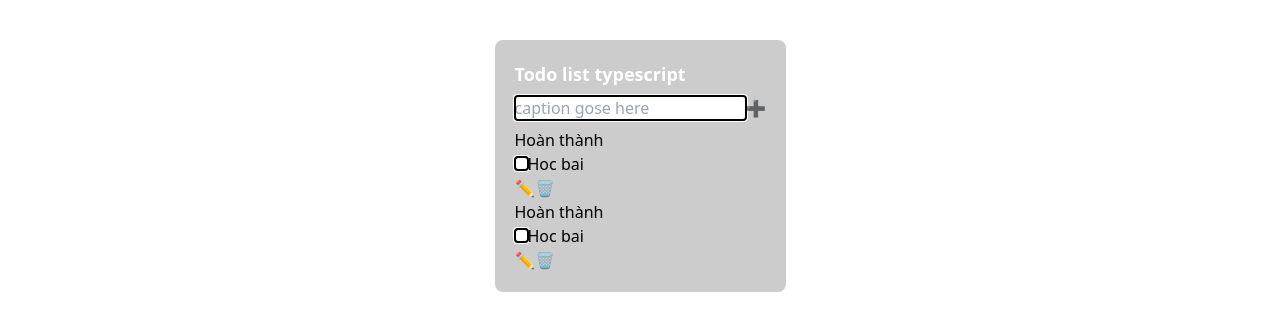
Repository: VIET-TU/react-super-main
Page: / (app in todolist-mybuild/)
These files come from the project's save history. The page is drawn as it stood at one moment and after the next save; the edit follows.
The browser window is 1280 px wide. The pictures show the whole page.
The project was rebuilt for these pictures with package versions that can differ from the ones it lists, and the page was loaded fresh each time. Also part of the build but not shown: todolist-mybuild/vite.config.ts.

Above is the page before, as saved 2023-05-16 06:49:48.

After the next save:
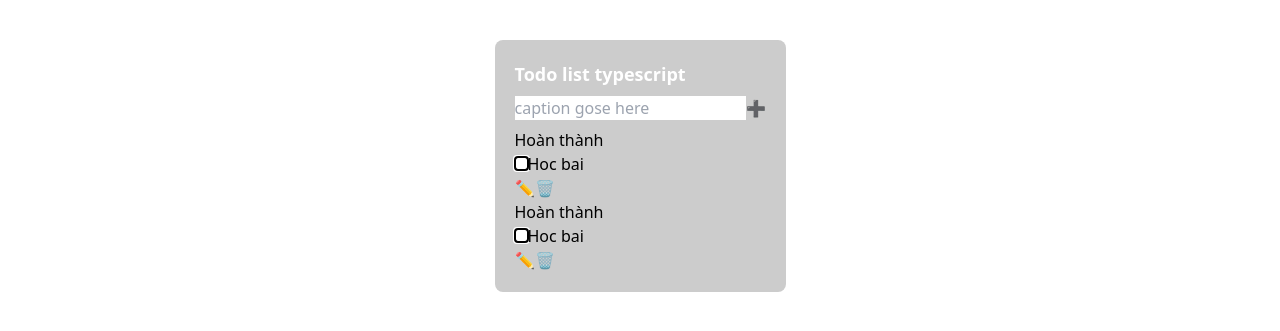
Saved 65 s later.
--- a/todolist-mybuild/src/components/TaskInput/TaskInput.tsx
+++ b/todolist-mybuild/src/components/TaskInput/TaskInput.tsx
@@ -5,7 +5,7 @@ const TaskInput = () => {
     <div className='mb-2'>
       <h1 className='mb-2 text-lg font-bold text-white'>Todo list typescript</h1>
       <form placeholder='enter your text'>
-        <input type='text' placeholder='caption gose here' />
+        <input className='outline-0' type='text' placeholder='caption gose here' />
         <button type='submit'>➕</button>
       </form>
     </div>
